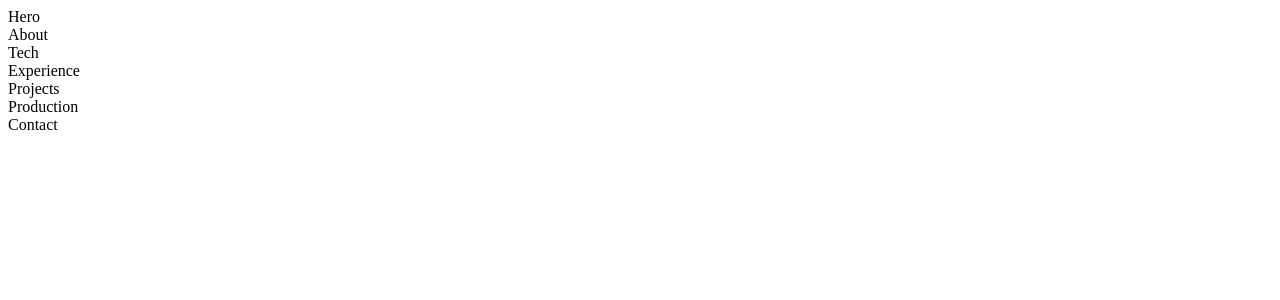
Repository: JasonToups/jasontoups.github.io
Page: /
The author's editor kept a copy of each file at every save. The page is drawn from the files as they stood at one save, then again after a run of saves.
The browser window is 1280 px wide. The pictures show the whole page.
The project was rebuilt for these pictures with package versions that can differ from the ones it lists, and the page was loaded fresh each time. Also part of the build but not shown: webpack.config.js.

Above is the page before, as saved 2021-11-30 12:53:48.

### src/components/App.js
import React from 'react';
import '../style/app.scss';
import About from './About';
import Contact from './Contact';
import Experience from './Experience';
import Hero from './Hero';
import Production from './Production';
import Projects from './Projects';
import Tech from './Tech';

const App = () => {

	return (
		<div className='portfolio-site'>
			<Hero />
      <About />
      <Tech />
      <Experience />
      <Projects />
      <Production />
			<Contact />
		</div>
	);
};

export default App;

### src/components/About.js
import React from 'react';

const About = () => {

	return (
		<div className='portfolio-site'>
			About
		</div>
	);
};

export default About;

### src/components/Contact.js
import React from 'react';

const Contact = () => {

	return (
		<div className='portfolio-site'>
			Contact
		</div>
	);
};

export default Contact;

### src/components/Experience.js
import React from 'react';

const Experience = () => {

	return (
		<div className='portfolio-site'>
			Experience
		</div>
	);
};

export default Experience;

### src/components/Hero.js
import React from 'react';

const Hero = () => {

	return (
		<div className='hero'>
			Hero
		</div>
	);
};

export default Hero;

### src/components/Production.js
import React from 'react';

const Production = () => {

	return (
		<div className='portfolio-site'>
			Production
		</div>
	);
};

export default Production;

### src/components/Projects.js
import React from 'react';

const Projects = () => {

	return (
		<div className='portfolio-site'>
			Projects
		</div>
	);
};

export default Projects;

### src/components/Tech.js
import React from 'react';

const Tech = () => {

	return (
		<div className='portfolio-site'>
			Tech
		</div>
	);
};

export default Tech;

### src/style/app.scss
@import "./common/breakpoints.scss";
@import "./common/colors.scss";
@import "./common/fonts.scss";
@import "./common/mixins.scss";
@import "./main.scss"

### src/components/Header.js
import React from 'react';

const Header = () => {

	return (
		<div className='header'>
			Header
		</div>
	);
};

export default Header;

### src/style/common/breakpoints.scss
$breakpoint-xx-large: "xx-large";// 1400px
$breakpoint-x-large: "x-large";// 1200px
$breakpoint-large: "large";// 1000px
$breakpoint-medium: "medium";// 800px
$breakpoint-small: "small";// 700px
$breakpoint-x-small: "x-small";// 550px
$breakpoint-xx-small: "xx-small";// 550px

$xx-large: 87.5rem; // 1400px
$x-large: 75rem; // 1200px
$large: 62.5rem; // 1000px
$medium: 50rem; // 800px
$small: 43.75rem; // 700px
$x-small: 34.375rem; // 550px
$xx-small: 20.0625rem; // 321px

### src/style/common/colors.scss
// Colors
$white: #ffffff;

$light-blue: #e4f8ff;
$react-blue: #80d8f7ff;
$sky-blue: #66c9edff;
$sky-blue-2: #64c5e8ff;
$carolina-blue: #049ed6ff;
$dark-blue: #00698f;
$pewter-blue: #8fa9b3ff;

$color-purple-light: #f6f6fd;
$color-purple-light-2: #e6e6fa;

$shadow-black: #22242626;

// Color Scheme
$color-primary: $react-blue;
$color-secondary: $light-blue;
$color-tertiary: $carolina-blue;
$color-quaternary: $dark-blue;

// Shadows & Borders
$box-shadow: 0 .0625rem .125rem 0 $color-tertiary;
$border-light: 1px solid $color-primary;
$border-dark: 1px solid $color-tertiary;
$border-grey: 1px solid $color-quaternary;

### src/style/common/fonts.scss
$font-primary: 'Ubuntu', sans-serif;

### src/style/common/mixins.scss
@mixin respond-to($breakpoint) {
  @if $breakpoint == "xx-small" {
    @media (max-width: $xx-small) {
      @content;
    }
  } @else if $breakpoint == "x-small" {
    @media (max-width: $x-small) {
      @content;
    }
  } @else if $breakpoint == "small" {
    @media (max-width: $small) {
      @content;
    }
  } @else if $breakpoint == "medium" {
    @media (max-width: $medium) {
      @content;
    }
  } @else if $breakpoint == "large" {
    @media (max-width: $large) {
      @content;
    }
  } @else if $breakpoint == "x-large" {
    @media (max-width: $x-large) {
      @content;
    }
  } @else if $breakpoint == "xx-large" {
    @media (max-width: $xs-large) {
      @content;
    }
  }
}

### src/style/main.scss
.margin-top {
  margin-top: 2rem;
}

.profile-pic-custom {
  max-width: 300px;
}

#portfolio-hr {
  width: 70%;
  border-top: 2px solid #bfbfbf;
}

.header {
  background-color: beige;
}

.header-logo {
  width: 50vw;
}


.hero {
  h1 {

  }
  h3 {

  }
}

.overlay {

}

.about-me {
  .content-container {
    .row {
      display: flex;
      flex-wrap: wrap;
      img {

      }
      .description {
        h2 {

        }
        p {

        }
      }
    }
  }
}

.tech-stack {

}

.tech-stack--section {
  width: 100%;
  .content-section-heading {
    h1 {

    }
    h2 {

    }
  }
  .tech-stack--container {
    display: flex;
    flex-direction: row;
    flex-wrap: wrap;
    justify-content: space-evenly;
    max-width: 900px;
    margin: auto;
  }

  .tech-stack--container-item {
    width: 100%;
    max-width: 200px;
    span {
      i {

      }
    }
    h4 {

    }
  }
}

.engineering-experience--section {

}

.engineering-experience--container {
  display: flex;
  flex-direction: row;
  margin-bottom: 2rem;
  width: 100%;
}

@media (max-width: 992px) {
  .engineering-experience--container {
    flex-direction: column;
  }
}

.engineering-experience--image-container {
  /* flex-grow: 1; */
  width: 40%;
  /* margin: 2rem; */
}

@media (max-width: 992px) {
  .engineering-experience--image-container {
    width: 100%;
  }
}

.engineering-experience--image {
  width: 100%;
}

.engineering-experience--description {
  /* flex-grow: 1; */
  width: 60%;
  margin: 0 2rem;

  p {
    font-size: 1.5em;
  }
}

@media (max-width: 992px) {
  .engineering-experience--description {
    width: 100%;
    margin: 2rem 0;
  }
}

.storyboards--section {
  text-align: center;
}


.storyboards--container {
  display: flex;
  flex-direction: row;
  width: 100%;
}

.storyboard--image-card {
  width: 33.33%;
  margin: 0 2rem;
  display: flex;
  flex-direction: column;
}

.storyboard--image-container {
  a {
    img {

    }
  }
}

.storyboard--image {
  border-radius: 2rem;
  margin-bottom: 1rem;
  width: 100%;
}

.storyboard--title {
  font-size: 1.5em;
  font-weight: 500;
  text-align: center;
}

@media (max-width: 992px) {
  .storyboards--container {
    flex-direction: column;
  }

  .storyboard--image-card {
    flex-direction: row;
    margin: 0;
    width: 100%;
  }

  .storyboard--image-container {
    flex-shrink: 0;
    width: 30%;
  }

  .storyboard--image {

  }

  .storyboard--title {
    align-self: center;
    flex-shrink: 1;
    margin-left: 2rem;
    text-align: left;
  }
}

.recent-projects--section {
  .content-section-heading {
    h2 {

    }
  }

}


#disney-logo {
  width: 100%;
}

#warner-logo {
  width: 70px;
  margin-bottom: 10px;
}

#adult-swim-logo {
  width: 80px;
  margin-bottom: 15px;
}

#king-logo {
  width: 95px;
  margin-bottom: 20px;
}

#zynga-logo {
  width: 70px;
  margin-bottom: 10px;
}

#kixeye-logo {
  width: 80px;
  margin-bottom: 15px;
}

#chartboost-logo {
  width: 90px;
  margin-bottom: 25px;
}

#big-fish-logo {
  width: 80px;
  margin-bottom: 15px;
}

Loaded but not shown: public/index.html (common file); src/index.js (common file); src/reportWebVitals.js (common file)

After the next 2 saves:
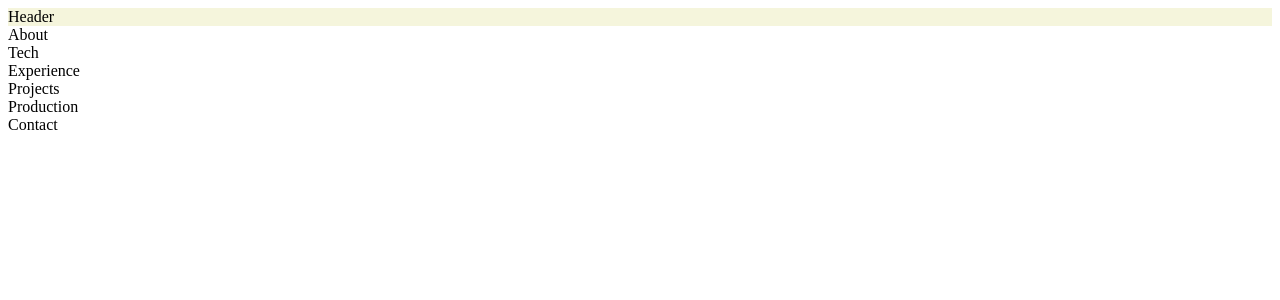
The 2 saves are shown as one change because 1 did not build or start.
The last was saved 24 s later.
--- a/src/components/App.js
+++ b/src/components/App.js
@@ -3,7 +3,7 @@
 import About from './About';
 import Contact from './Contact';
 import Experience from './Experience';
-import Hero from './Hero';
+import Header from './Header';
 import Production from './Production';
 import Projects from './Projects';
 import Tech from './Tech';
@@ -12,7 +12,7 @@
 
 	return (
 		<div className='portfolio-site'>
-			<Hero />
+			<Header />
       <About />
       <Tech />
       <Experience />
